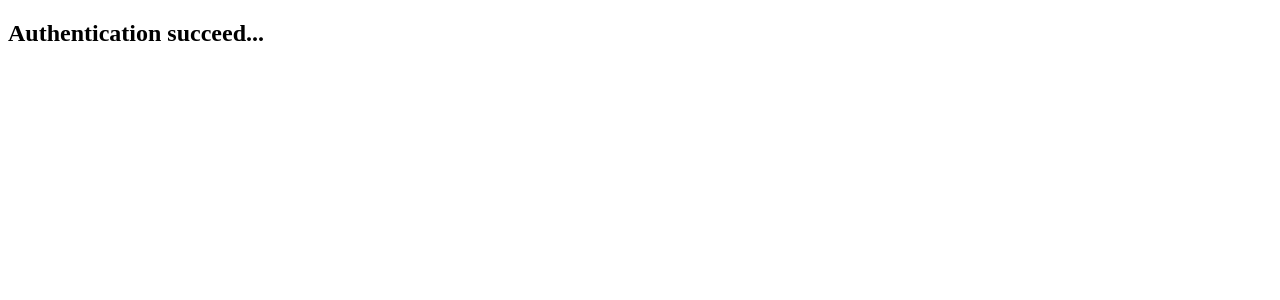
Repository: moshe31sh/Java_ee_final_project_todo_list
Page: http://localhost/Toto_list_final_project/welcome.jsp
An editor plug-in stored every save of this project. The page is shown before and after the next save, followed by the edit.
The browser window is 1280 px wide. The pictures show the whole page.
The page is served by Tomcat 9.

Above is the page before, as saved 2015-12-09 21:33:41.

After the next save:
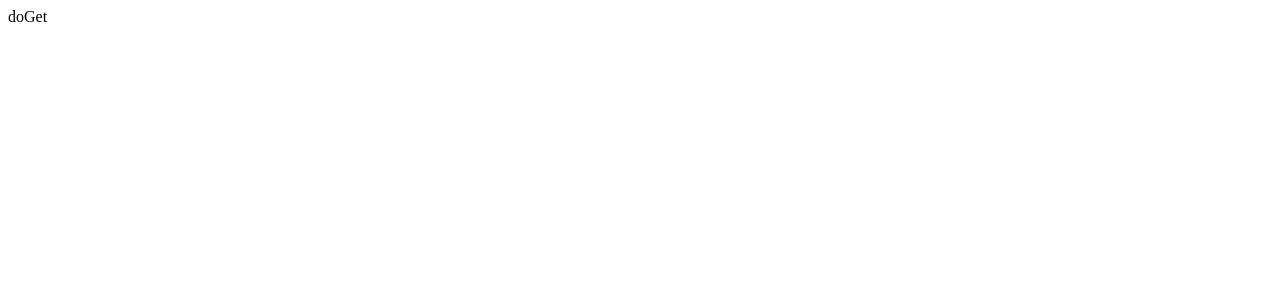
Saved 23 s later.
--- a/Toto_list_final_project/WebContent/welcome.jsp
+++ b/Toto_list_final_project/WebContent/welcome.jsp
@@ -8,6 +8,8 @@
 </head>
 <body>
 <h2>Authentication succeed...</h2>
-
+<%
+request.getRequestDispatcher("/controller/items").forward(request, response);
+%>
 </body>
 </html>

After the save that followed:
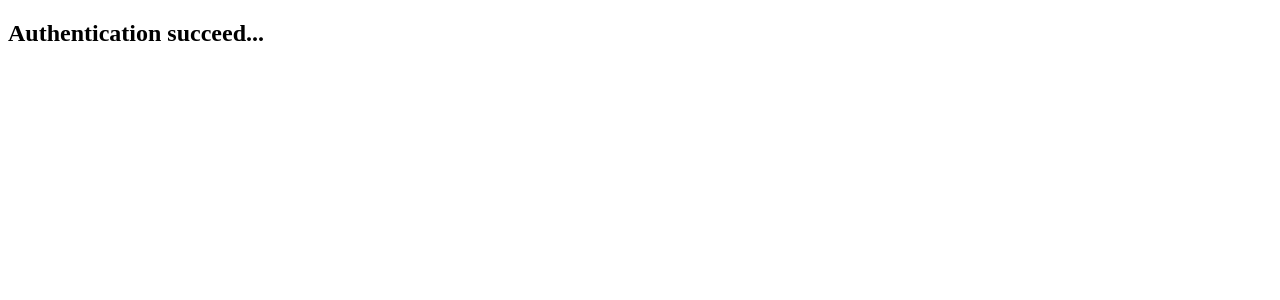
Saved 4 min 53 s later.
--- a/Toto_list_final_project/WebContent/welcome.jsp
+++ b/Toto_list_final_project/WebContent/welcome.jsp
@@ -8,8 +8,8 @@
 </head>
 <body>
 <h2>Authentication succeed...</h2>
-<%
+<%-- <%
 request.getRequestDispatcher("/controller/items").forward(request, response);
-%>
+%> --%>
 </body>
 </html>
